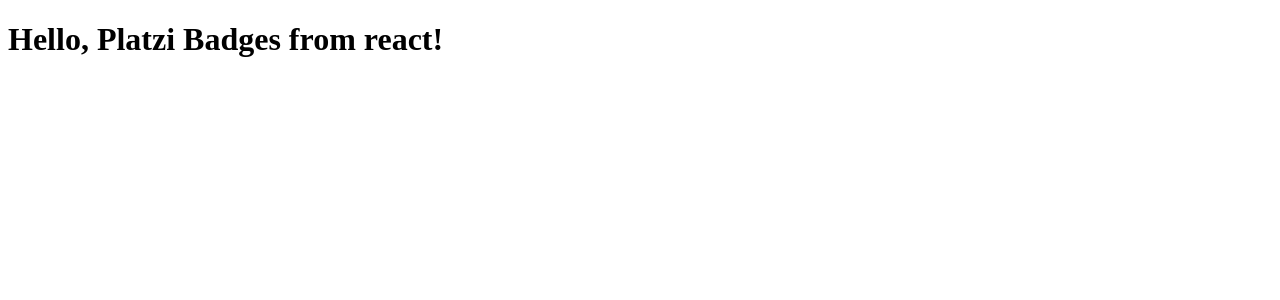
Repository: joseLozanoTamayo/project-react
Page: / (app in 1.ReactDOM.render/)
The author's editor kept a copy of each file at every save. The page is drawn from the files as they stood at one save, then again after a run of saves.
The browser window is 1280 px wide. The pictures show the whole page.
The project was rebuilt for these pictures with package versions that can differ from the ones it lists, and the page was loaded fresh each time.

Above is the page before, as saved 2019-05-22 21:04:32.

After the next 2 saves:
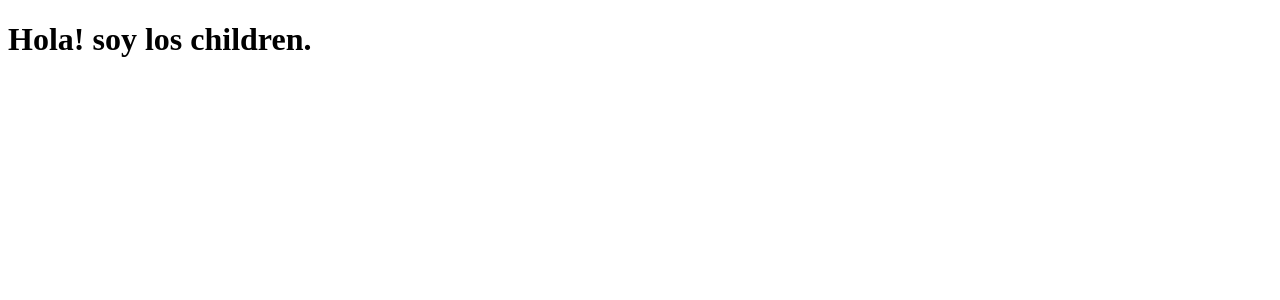
The 2 saves are shown as one change because they came seconds apart.
The last was saved 4 min 5 s later.
--- a/1.ReactDOM.render/src/index.js
+++ b/1.ReactDOM.render/src/index.js
@@ -8,9 +8,9 @@
 import React from 'react';
 import ReactDOM from 'react-dom';
 
-const element = <h1>Hello, Platzi Badges from react!</h1>;
-
+// const element = <h1>Hello, Platzi Badges from react!</h1>;
+const element = React.createElement('h1', {}, 'Hola! soy los children.');
 const container = document.getElementById('app');
 
-// ReactDOM.render(__qué__, __dónde__);
+// ReactDOM.render(__qué__queremos__renderizar, __dónde__queremos_renderizar);
 ReactDOM.render(element, container);
